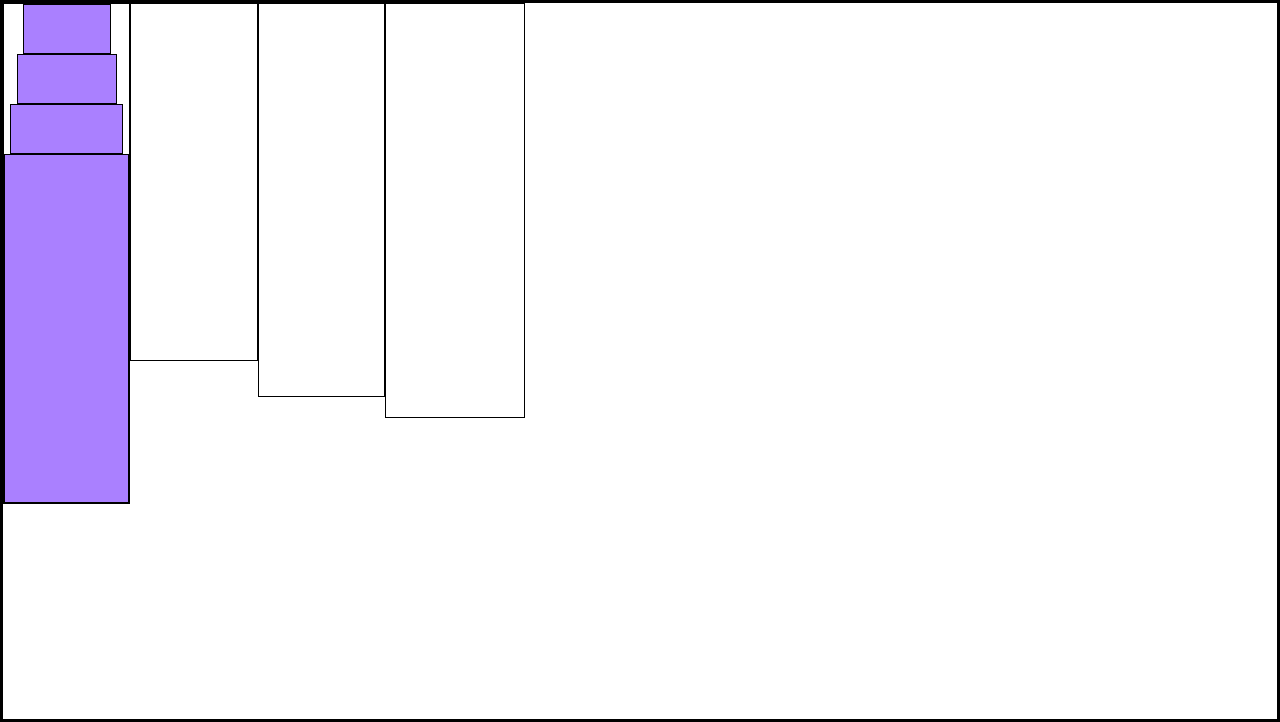
Repository: Lungdjos/city_skyline
Page: index.html
These files come from the project's save history. The page is drawn as it stood at one moment and after a run of saves; the edit follows.
The browser window is 1280 px wide. The pictures show the whole page.

Above is the page before, as saved 2023-12-11 09:51:19.

After the next 2 saves:
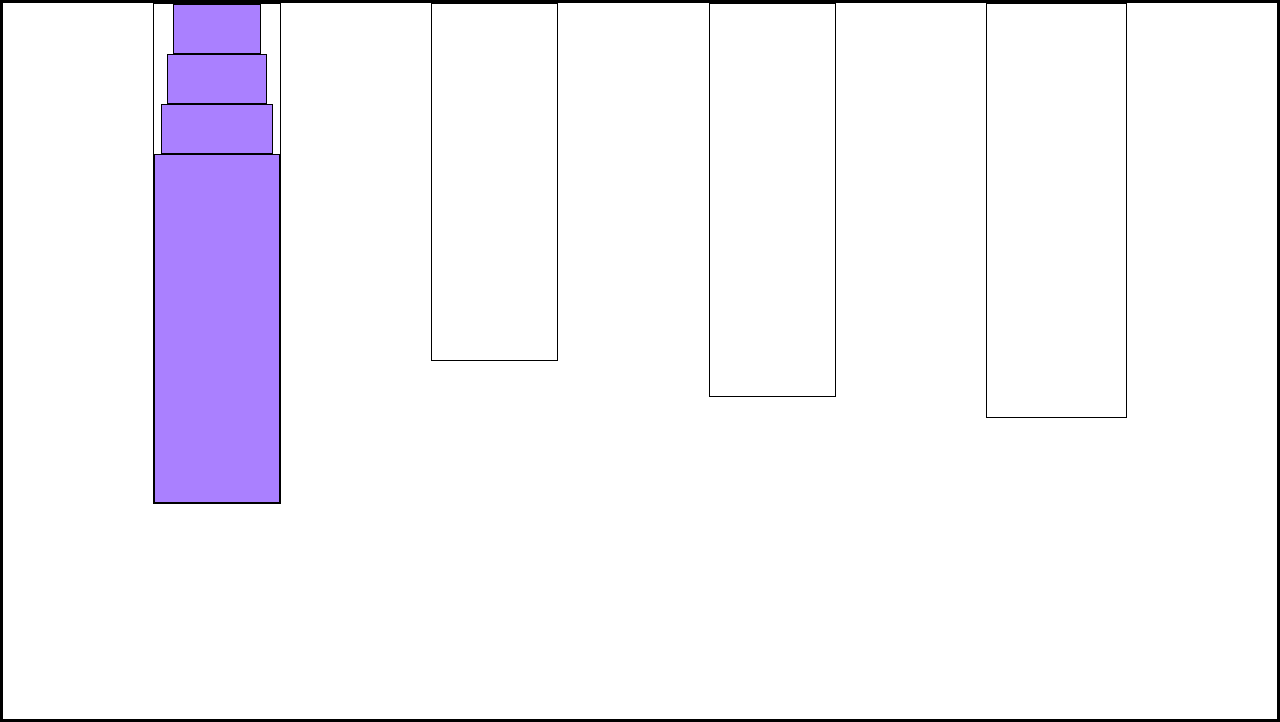
The 2 saves are shown as one change because they came seconds apart.
The last was saved 10 s later.
--- a/styles.css
+++ b/styles.css
@@ -13,7 +13,7 @@ body {
     width: 100%;
     height: 100%;
     display: flex;
-    justify-content: ;
+    justify-content: space-evenly;
     align-items: stretch;
 }
 
